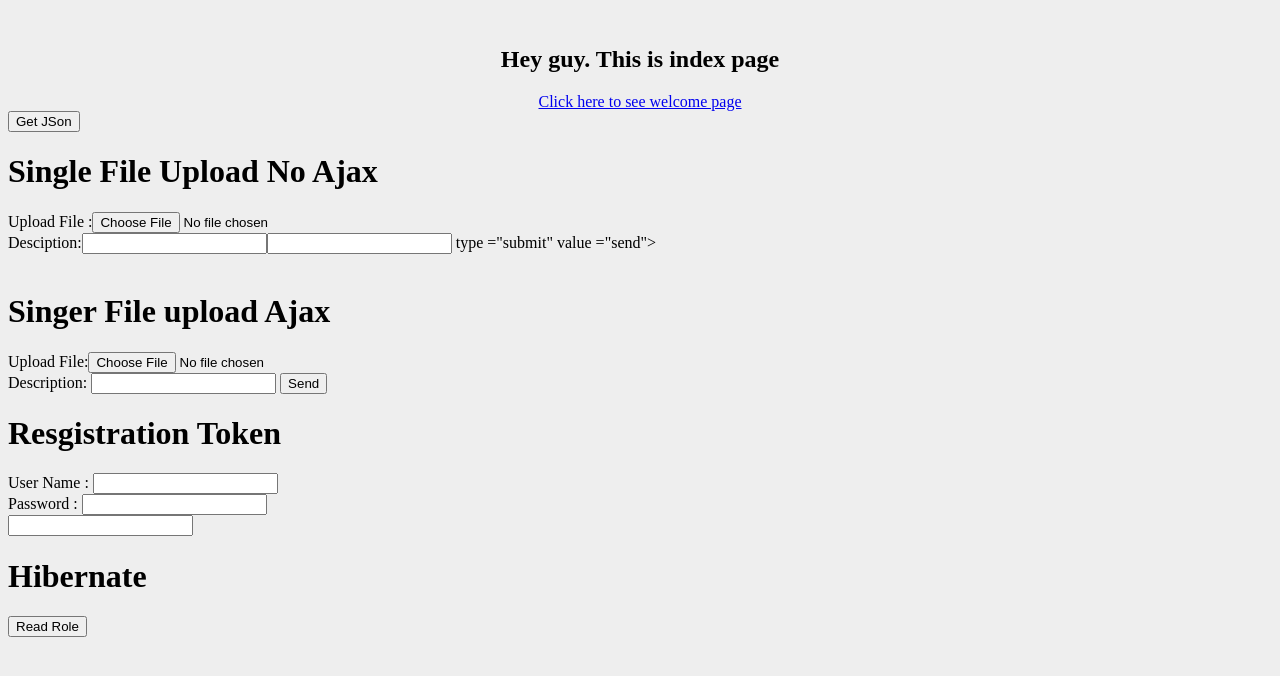
Repository: LeHaTrang1610/Hoc2017
Page: http://localhost/springmvctutorial/
An editor plug-in stored every save of this project. The page is shown before and after the next save, followed by the edit.
The browser window is 1280 px wide. The pictures show the whole page.
The page is served by Tomcat 9.

Above is the page before, as saved 2017-01-02 03:00:04.
Console error: ReferenceError: $ is not defined

After the next save:
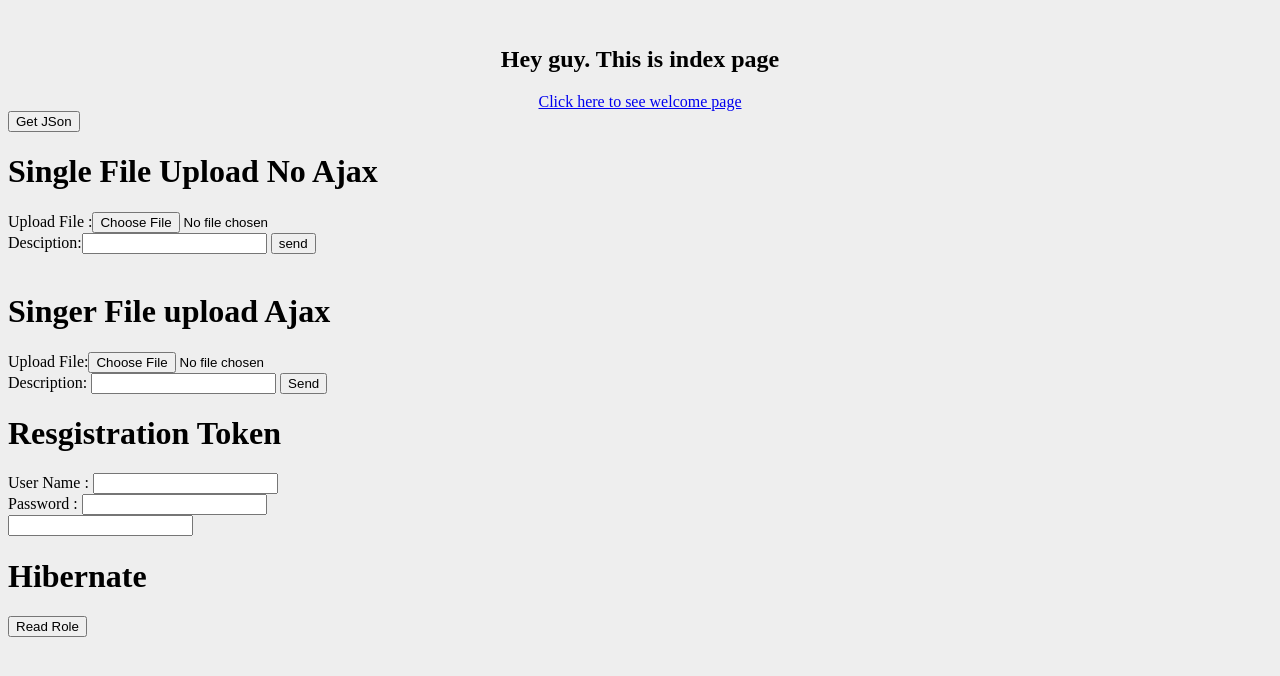
Saved 2 min 1 s later.
--- a/javaWeb/springmvctutorial/WebContent/index.jsp
+++ b/javaWeb/springmvctutorial/WebContent/index.jsp
@@ -129,7 +129,8 @@ $(document).ready(function(){
 	<h1>Single File Upload No Ajax</h1>
 	<form mehtod ="POST" enxtype ="multipart/form-data" action ="upload-file-no-ajax">
 	Upload File :<input type ="file" name ="myfile"><br>
-	Desciption:<input type="text" name ="myFileName"/><input> type ="submit" value ="send">
+	Desciption:<input type="text" name ="myFileName"/>
+	<input type ="submit" value ="send"/>
 
 
 	</form><br/>
